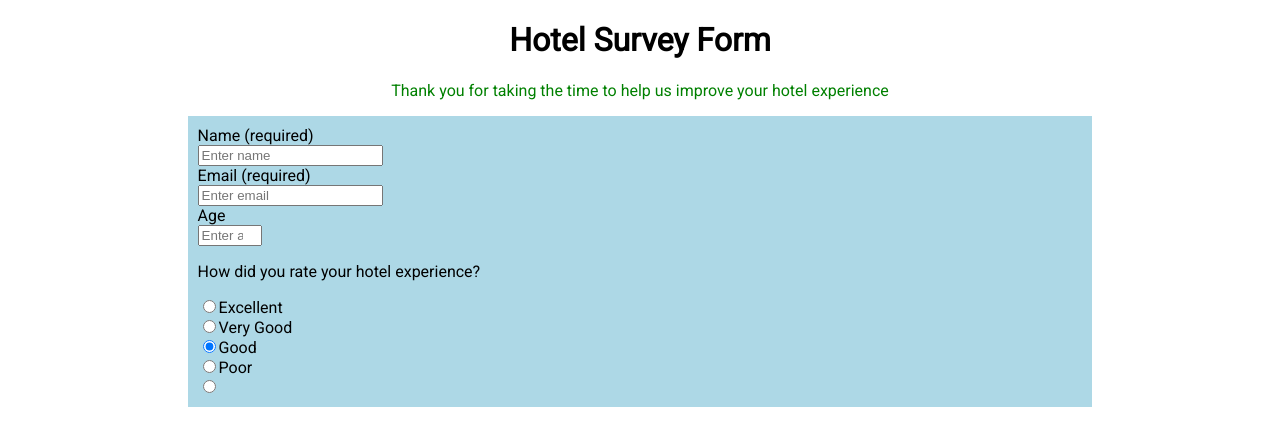
Repository: derektypist/survey-form
Page: index.html
The author's editor kept a record of every edit. The page is drawn from the files as they stood at one moment, then again after the next edit.
The browser window is 1280 px wide. The pictures show the whole page.

Above is the page before.

### index.html
<!DOCTYPE html>
<html lang="en">
<head>
    <meta charset="UTF-8">
    <meta name="viewport" content="width=device-width, initial-scale=1.0">
    <meta http-equiv="X-UA-Compatible" content="ie=edge">
    <title>Hotel Survey Form</title>
    <!-- Load Style Sheets -->
    <link href="https://fonts.googleapis.com/css?family=Roboto&display=swap" rel="stylesheet">
    <style>
        /* Title */
        #title {
            font-family: "Roboto", Arial, Verdana, sans-serif;
            text-align: center;
        }

        /* Description */
        #description {
            font-family: "Roboto", Arial, Verdana, sans-serif;
            text-align: center;
            color: green;
        }

        /* Survey Form */
        #survey-form {
            display: block;
            margin: auto;
            max-width: 70%;
            background-color: lightblue;
            font-family: "Roboto", Arial, Verdana, sans-serif;
            text-align: left;
            padding: 10px;
        }
    </style>
</head>
<body>
    <!-- Provide Title and Description -->
    <header>
        <h1 id="title">Hotel Survey Form</h1>
        <p id="description">Thank you for taking the time to help us improve your hotel experience</p>
    </header>

    <!-- Provide Survey Form -->
    <main>
        <section>
            <form id="survey-form">
                <!-- Set up Name Field -->
                <label for="name" id="name-label">Name (required)</label>
                <br>
                <input type="text" id="name" placeholder="Enter name" name="name" required />
                <br>

                <!-- Set up Email Field -->
                <label for="email" id="email-label">Email (required)</label>
                <br>
                <input type="email" id="email" placeholder="Enter email" name="email" required />
                <br>

                <!-- Set up Age (Number) Field -->
                <label for="age" id="age-label">Age</label>
                <br>
                <input type="number" id="age" placeholder="Enter age (years)" name="age" min="0" max="100">
                <br>

                <!-- Set up Radio Buttons -->
                <p>How did you rate your hotel experience?</p>
                <input type="radio" name="experience" value="excellent">Excellent
                <br>
                <input type="radio" name="experience" value="verygood">Very Good
                <br>
                <input type="radio" name="experience" value="good" checked>Good
                <br>
                <input type="radio" name="experience" value="poor">Poor
                <br>
                <input type="radio" name="experience" value="ver"

            </form>
        </section>
    </main>
</body>
</html>

After the next edit:
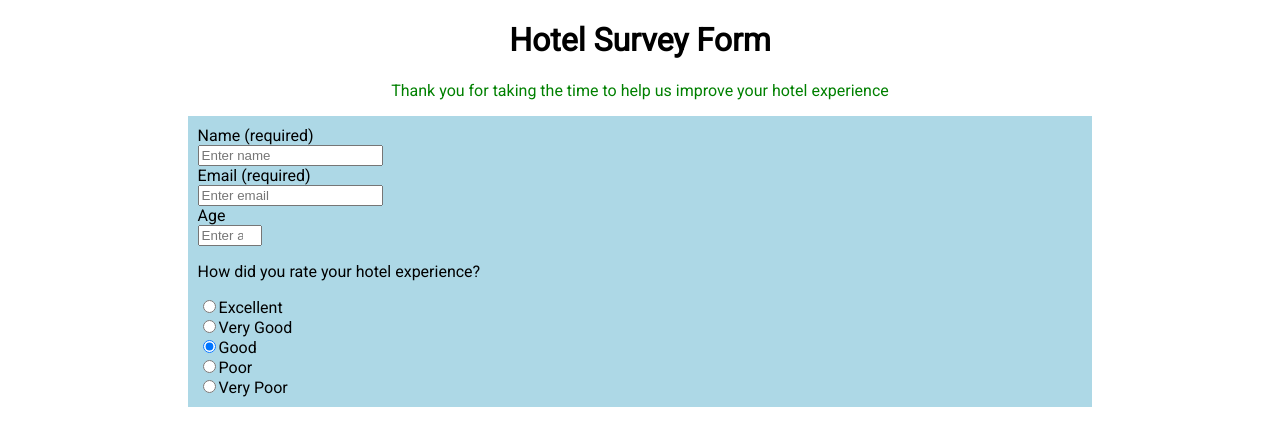
The edit:
--- a/index.html
+++ b/index.html
@@ -72,7 +72,9 @@
                 <br>
                 <input type="radio" name="experience" value="poor">Poor
                 <br>
-                <input type="radio" name="experience" value="ver"
+                <input type="radio" name="experience" value="verypoor">Very Poor
+                <br>
+
 
             </form>
         </section>
